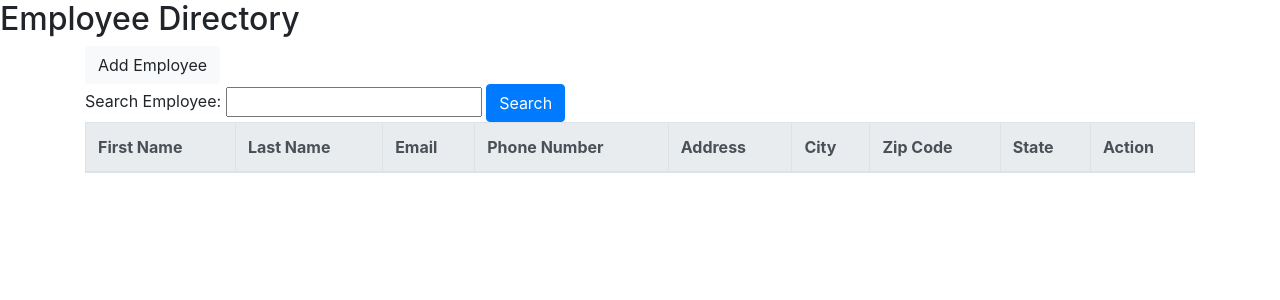
Repository: TChristian315/directory_app
Page: http://localhost/directoryapp/directory.jsp
These files come from the project's save history. The page is drawn as it stood at one moment and after the next save; the edit follows.
The browser window is 1280 px wide. The pictures show the whole page.
Some web libraries are served in a nearby version. The page is served by Tomcat 9. Other server files are loaded and not shown. The template is opened directly, without the code that normally fills it, so the values that code supplies are empty.

Above is the page before, as saved 2018-05-23 18:48:16.

### Workspaces/directoryapp/WebContent/directory.jsp
<%@ page language="java" contentType="text/html; charset=ISO-8859-1"
    pageEncoding="ISO-8859-1"%>
<%@ taglib uri="http://java.sun.com/jsp/jstl/core" prefix="c" %>

<!DOCTYPE html PUBLIC "-//W3C//DTD HTML 4.01 Transitional//EN" "http://www.w3.org/TR/html4/loose.dtd">
<html>
<head>
<meta http-equiv="Content-Type" content="text/html; charset=ISO-8859-1">
<link rel="stylesheet" href="https://maxcdn.bootstrapcdn.com/bootstrap/4.0.0/css/bootstrap.min.css" integrity="sha384-Gn5384xqQ1aoWXA+058RXPxPg6fy4IWvTNh0E263XmFcJlSAwiGgFAW/dAiS6JXm" crossorigin="anonymous">

<title>Employee Directory</title>
</head>
<body>

	<div class="wrapper">
		<div class="header">
			<h2> Employee Directory</h2>
		</div>

		<div class="container">

			<div class="content">

				<input type="button" value="Add Employee"
					onclick="window.location.href= 'add-employee-form.jsp'; return false;"
					class="btn btn-light" style="" />
				<form action="EmployeeControllerServlet" method="GET">
					<input type="hidden" nme="command" value="SEARCH "/>
					Search Employee: <input type="text" name="employeeSearch" />
					<input type="submit" value="Search" class="btn btn-primary" />
				</form>

				<table class ="table table-bordered table-hover">
					<thead class="thead-light">
						<tr>
							<th scope="col">First Name</th>
							<th scope="col">Last Name</th>
							<th scope="col">Email</th>
							<th scope="col">Phone Number</th>
							<th scope="col">Address</th>
							<th scope="col">City</th>
							<th scope="col">Zip Code</th>
							<th scope="col">State</th>
							<th scope="col">Action</th>
						</tr>
					</thead>
					<c:forEach var="tempEmployee" items="${employee_list}">

						<c:url var="updateLink" value="EmployeeControllerServlet">
							<c:param name="command" value="LOAD" />
							<c:param name="employeeId" value="${tempEmployee.id}" />
						</c:url>
						<c:url var="deleteLink" value="EmployeeControllerServlet">
							<c:param name="command" value="DELETE" />
							<c:param name="employeeId" value="${tempEmployee.id}" />
						</c:url>
					<tbody>
						<tr>
							<td>${tempEmployee.firstName}</td>
							<td>${tempEmployee.lastName}</td>
							<td>${tempEmployee.email}</td>
							<td>${tempEmployee.phoneNumber}</td>
							<td>${tempEmployee.address}</td>
							<td>${tempEmployee.city}</td>
							<td>${tempEmployee.state}</td>
							<td>${tempEmployee.zipCode}</td>
							<td><a href="${updateLink}">Update</a>
							<a href="${deleteLink}" onclick="if(!(confirm('Are you sure you want to delete this employee?'))) return false">Delete</a></td>
						</tr>
					</c:forEach>
					</tbody>

				</table>
			</div>
		</div>
	</div>


	<script src="https://code.jquery.com/jquery-3.2.1.slim.min.js" integrity="sha384-KJ3o2DKtIkvYIK3UENzmM7KCkRr/rE9/Qpg6aAZGJwFDMVNA/GpGFF93hXpG5KkN" crossorigin="anonymous"></script>
	<script src="https://cdnjs.cloudflare.com/ajax/libs/popper.js/1.12.9/umd/popper.min.js" integrity="sha384-ApNbgh9B+Y1QKtv3Rn7W3mgPxhU9K/ScQsAP7hUibX39j7fakFPskvXusvfa0b4Q" crossorigin="anonymous"></script>
	<script src="https://maxcdn.bootstrapcdn.com/bootstrap/4.0.0/js/bootstrap.min.js" integrity="sha384-JZR6Spejh4U02d8jOt6vLEHfe/JQGiRRSQQxSfFWpi1MquVdAyjUar5+76PVCmYl" crossorigin="anonymous"></script>


</body>
</html>

After the next save:
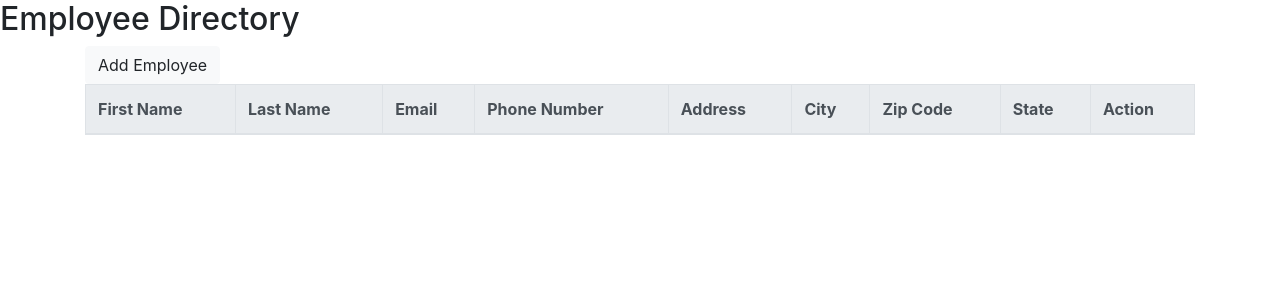
Saved 2 min 56 s later.
--- a/Workspaces/directoryapp/WebContent/directory.jsp
+++ b/Workspaces/directoryapp/WebContent/directory.jsp
@@ -24,11 +24,11 @@
 				<input type="button" value="Add Employee"
 					onclick="window.location.href= 'add-employee-form.jsp'; return false;"
 					class="btn btn-light" style="" />
-				<form action="EmployeeControllerServlet" method="GET">
+				<!-- <form action="EmployeeControllerServlet" method="GET">
 					<input type="hidden" nme="command" value="SEARCH "/>
 					Search Employee: <input type="text" name="employeeSearch" />
 					<input type="submit" value="Search" class="btn btn-primary" />
-				</form>
+				</form> -->
 
 				<table class ="table table-bordered table-hover">
 					<thead class="thead-light">
